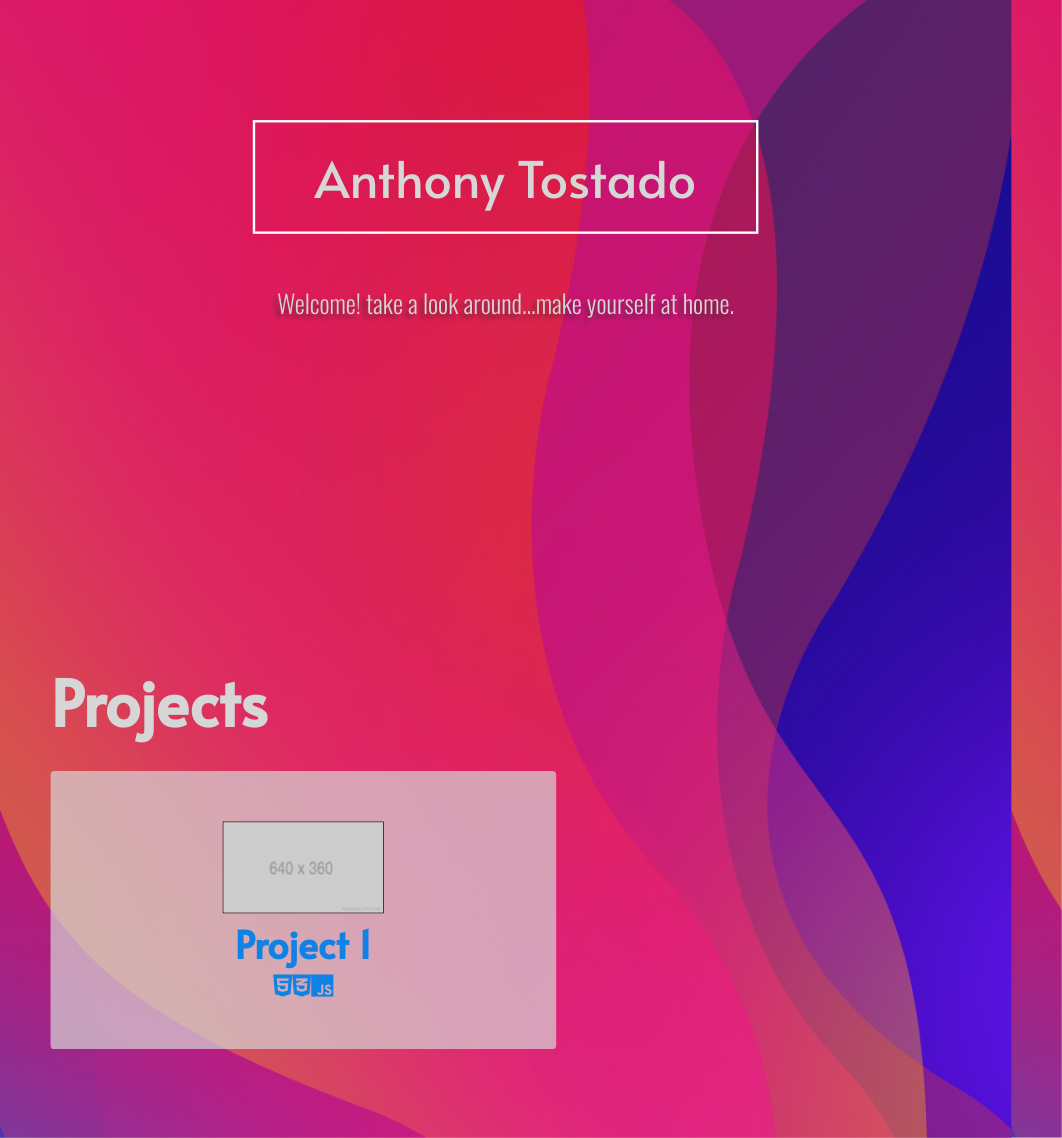
Repository: sloppytony/newport
Page: / (app in portfolio/)
An editor plug-in stored every save of this project. The page is shown before and after the next save, followed by the edit.
The browser window is 1280 px wide. The page is 1344 px wide, so the pictures cover 1344 px, including what lies to the right of the window. The pictures show the whole page, at 79% of full size.
Backgrounds fixed to the window are drawn as part of the page. Some web libraries are served in a nearby version. The project was rebuilt for these pictures with package versions that can differ from the ones it lists, and the page was loaded fresh each time.

Above is the page before, as saved 2020-08-23 14:07:37.

After the next save:
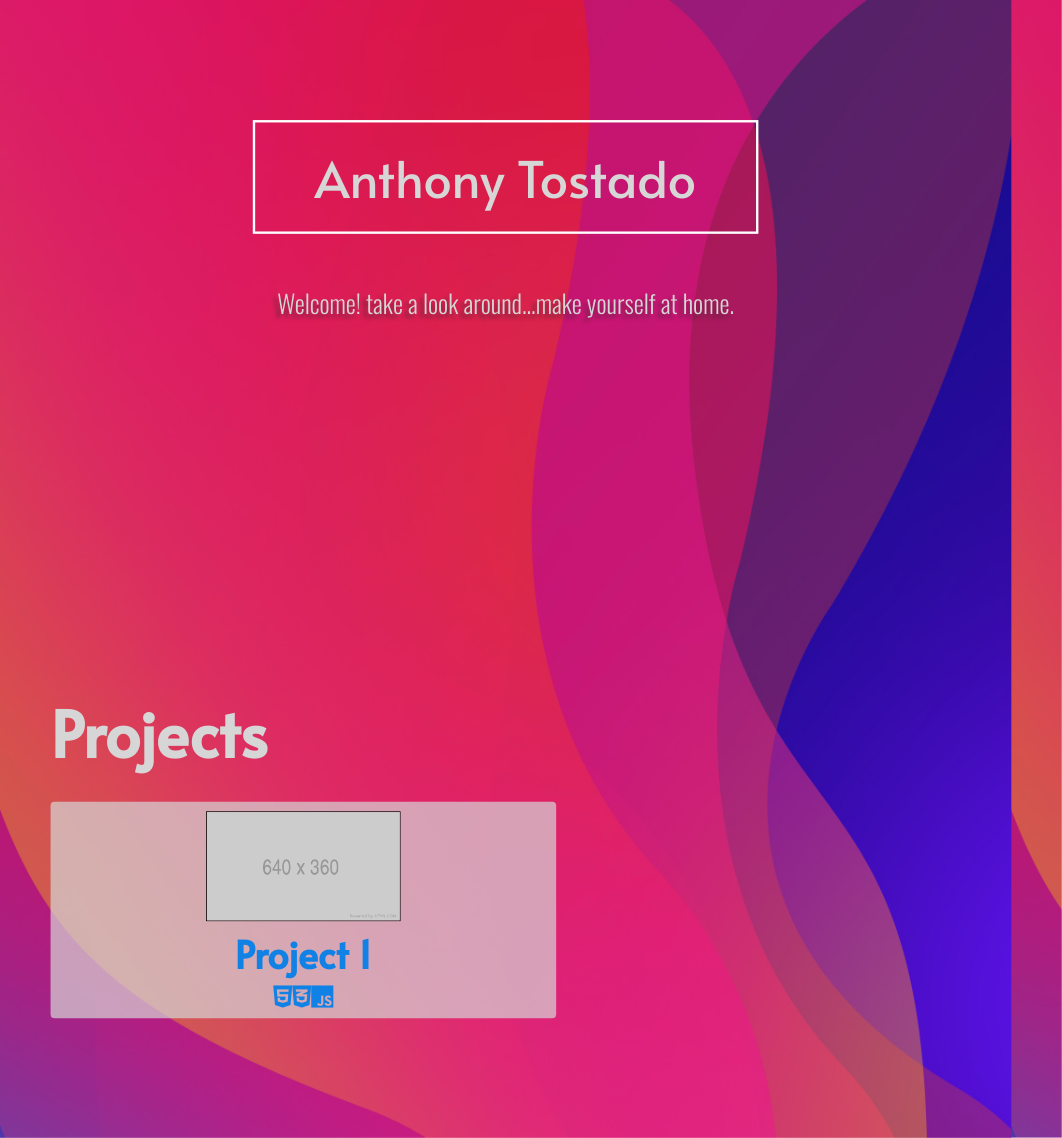
Saved 5 s later.
--- a/portfolio/src/App.css
+++ b/portfolio/src/App.css
@@ -89,7 +89,7 @@ div.card1 {
   background: rgb(214, 214, 214, 0.7);
   border-radius: 5px 5px 5px;
   margin-left: 5%;
-  padding: 5%;
+  padding: 1%;
 }
 
 .cardImage {
